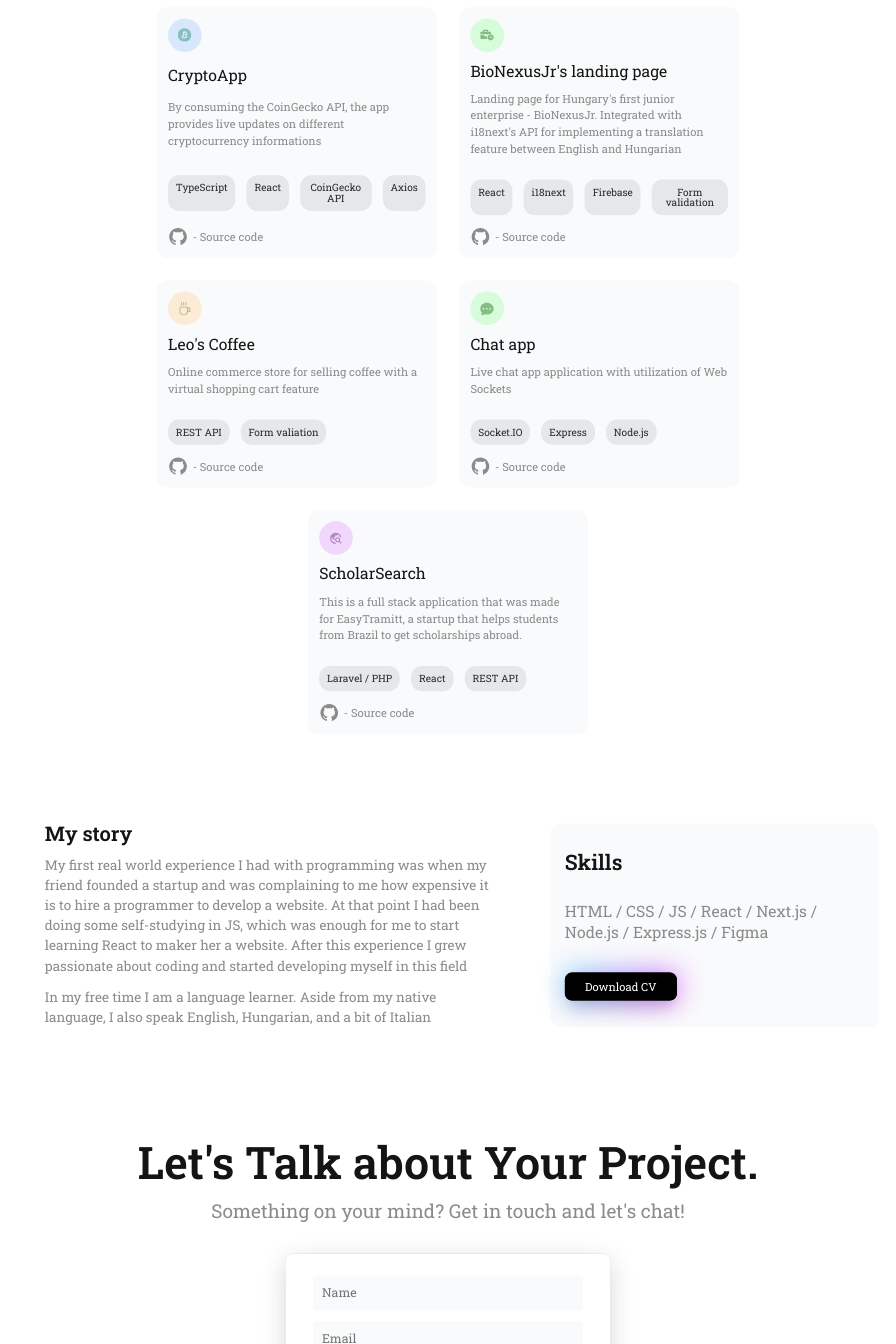
Repository: Leoka2000/portfolio-final
Page: /
These files come from the project's save history. The page is drawn as it stood at one moment and after the next save; the edit follows.
The browser window is 1280 px wide. The pictures show the part of the page from y = 769 to 2689 px (the page is 3015 px tall before and 2996 px after), at 70% of full size.
The page's requests for data from a server got no answer. Some web fonts or font styles are not loaded; a fallback is used. The project was rebuilt for these pictures with package versions that can differ from the ones it lists, and the page was loaded fresh each time. No one was signed in, and anything a server would have sent is missing. Also part of the build but not shown: src/App.css. Imported but missing from the stored project, and not drawn on this page: src/assets/LeoCV.pdf, src/assets/ScholarSearch.mp4.

Above is the page before, as saved 2023-05-11 19:18:56.

After the next save:
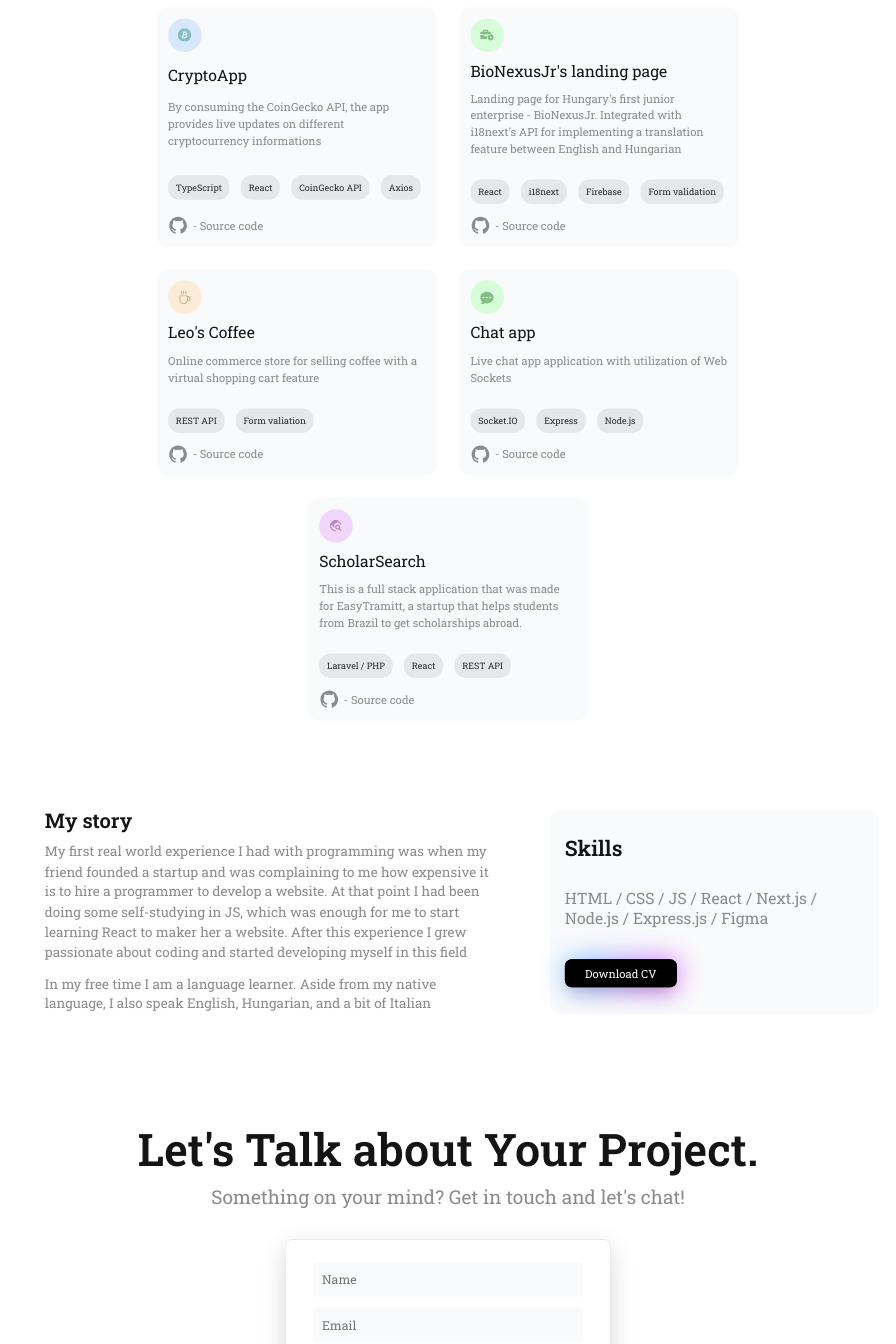
Saved 4 s later.
--- a/src/pages/main/work/work.css
+++ b/src/pages/main/work/work.css
@@ -64,7 +64,7 @@ transition: 0.5s;
     width: auto;
     display: block;
     font-weight: 100;
-    font-size: 0.9rem;
+    font-size: 0.8rem;
     background-color: var(--background-dark);
     color :rgb(43, 43, 43)
 }
